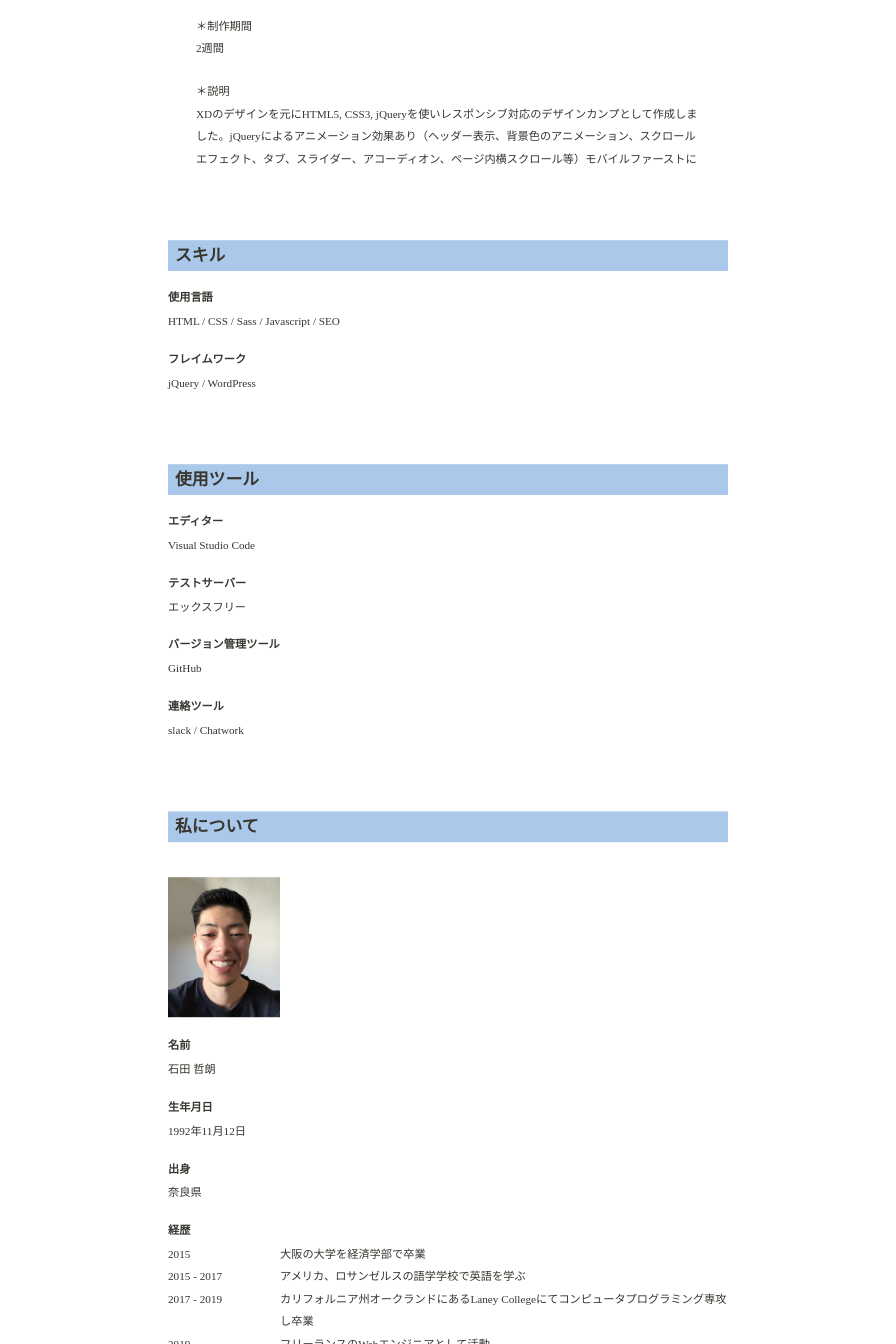
Repository: tetishi/my-portfolio
Page: index.html
These files come from the project's save history. The page is drawn as it stood at one moment and after the next save; the edit follows.
The browser window is 1280 px wide. The pictures show the part of the page from y = 4303 to 6223 px (the page is 6485 px tall before and 6517 px after), at 70% of full size.
The style sheet was rebuilt from its Sass, Less or Tailwind sources for each picture, by a compiler version that may differ from the author's.

Above is the page before, as saved 2023-08-06 15:42:10.

After the next save:
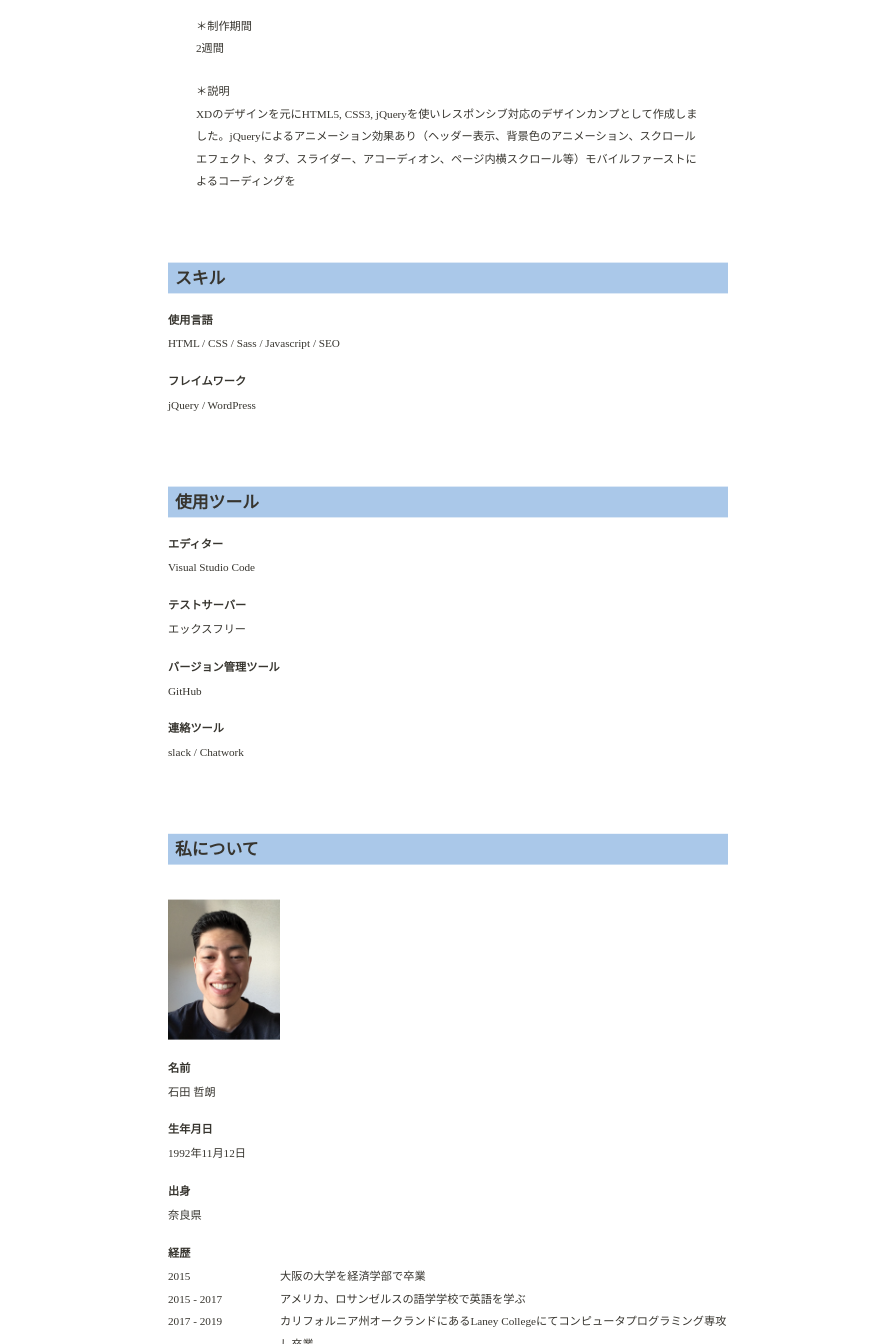
Saved 5 s later.
--- a/index.html
+++ b/index.html
@@ -140,7 +140,7 @@
                 <p>2週間</p>
                 <p class="details">＊説明</p>
                 <!-- ここ記入 -->
-                <p>XDのデザインを元にHTML5, CSS3, jQueryを使いレスポンシブ対応のデザインカンプとして作成しました。jQueryによるアニメーション効果あり（ヘッダー表示、背景色のアニメーション、スクロールエフェクト、タブ、スライダー、アコーディオン、ページ内横スクロール等）モバイルファーストに</p>
+                <p>XDのデザインを元にHTML5, CSS3, jQueryを使いレスポンシブ対応のデザインカンプとして作成しました。jQueryによるアニメーション効果あり（ヘッダー表示、背景色のアニメーション、スクロールエフェクト、タブ、スライダー、アコーディオン、ページ内横スクロール等）モバイルファーストによるコーディングを</p>
             </div>
 
 
